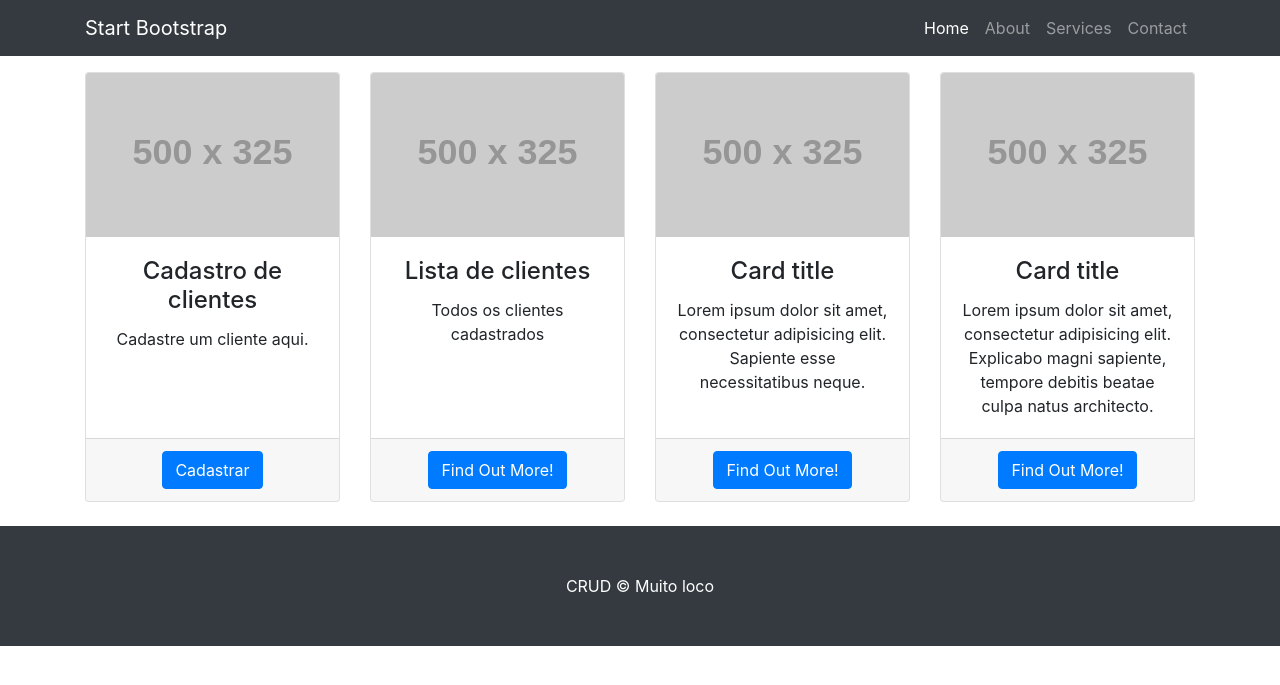
Repository: LucasMontalvao/PHPDACS2020
Page: projeto/site/index.html
The author's editor kept a record of every edit. The page is drawn from the files as they stood at one moment, then again after the next edit.
The browser window is 1280 px wide. The pictures show the whole page.

Above is the page before.

After the next edit:
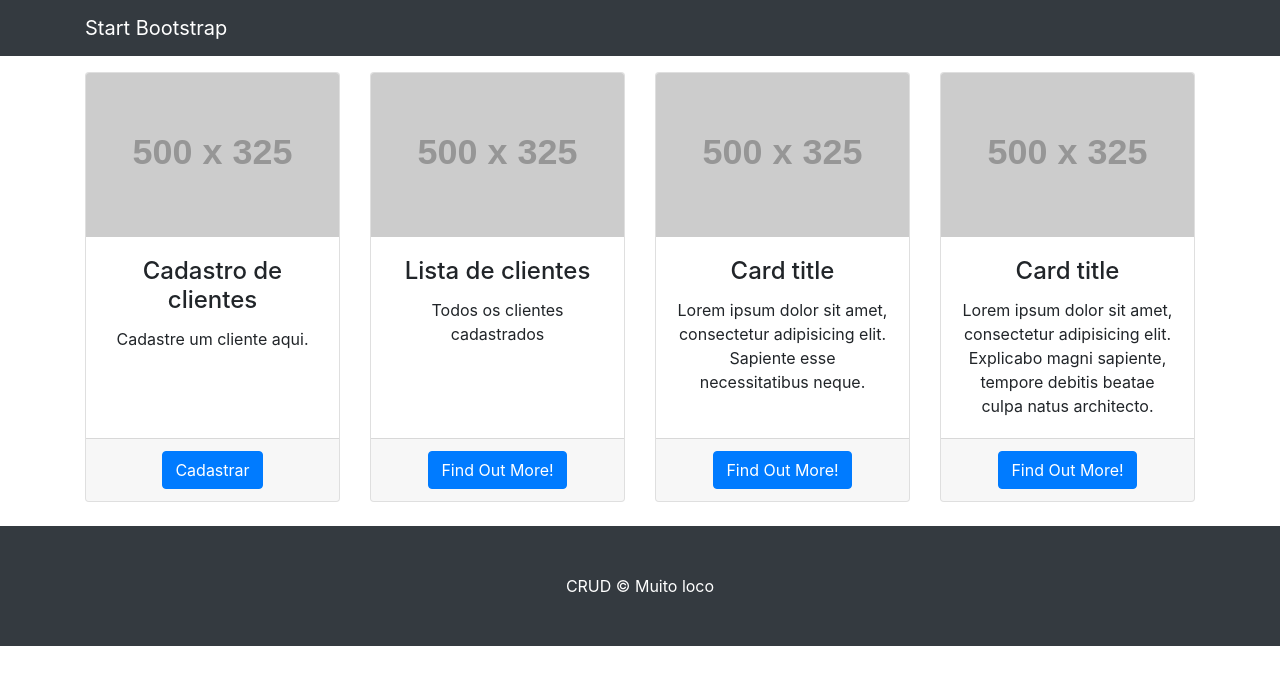
The edit:
--- a/projeto/site/index.html
+++ b/projeto/site/index.html
@@ -24,27 +24,27 @@
   <nav class="navbar navbar-expand-lg navbar-dark bg-dark fixed-top">
     <div class="container">
       <a class="navbar-brand" href="#">Start Bootstrap</a>
-      <button class="navbar-toggler" type="button" data-toggle="collapse" data-target="#navbarResponsive" aria-controls="navbarResponsive" aria-expanded="false" aria-label="Toggle navigation">
-        <span class="navbar-toggler-icon"></span>
-      </button>
-      <div class="collapse navbar-collapse" id="navbarResponsive">
-        <ul class="navbar-nav ml-auto">
-          <li class="nav-item active">
-            <a class="nav-link" href="#">Home
-              <span class="sr-only">(current)</span>
-            </a>
-          </li>
-          <li class="nav-item">
-            <a class="nav-link" href="#">About</a>
-          </li>
-          <li class="nav-item">
-            <a class="nav-link" href="#">Services</a>
-          </li>
-          <li class="nav-item">
-            <a class="nav-link" href="#">Contact</a>
-          </li>
-        </ul>
-      </div>
+      <!--<button class="navbar-toggler" type="button" data-toggle="collapse" data-target="#navbarResponsive" aria-controls="navbarResponsive" aria-expanded="false" aria-label="Toggle navigation">-->
+      <!--  <span class="navbar-toggler-icon"></span>-->
+      <!--</button>-->
+      <!--<div class="collapse navbar-collapse" id="navbarResponsive">-->
+      <!--  <ul class="navbar-nav ml-auto">-->
+      <!--    <li class="nav-item active">-->
+      <!--      <a class="nav-link" href="#">Home-->
+      <!--        <span class="sr-only">(current)</span>-->
+      <!--      </a>-->
+      <!--    </li>-->
+      <!--    <li class="nav-item">-->
+      <!--      <a class="nav-link" href="#">About</a>-->
+      <!--    </li>-->
+      <!--    <li class="nav-item">-->
+      <!--      <a class="nav-link" href="#">Services</a>-->
+      <!--    </li>-->
+      <!--    <li class="nav-item">-->
+      <!--      <a class="nav-link" href="#">Contact</a>-->
+      <!--    </li>-->
+      <!--  </ul>-->
+      <!--</div>-->
     </div>
   </nav>
 
